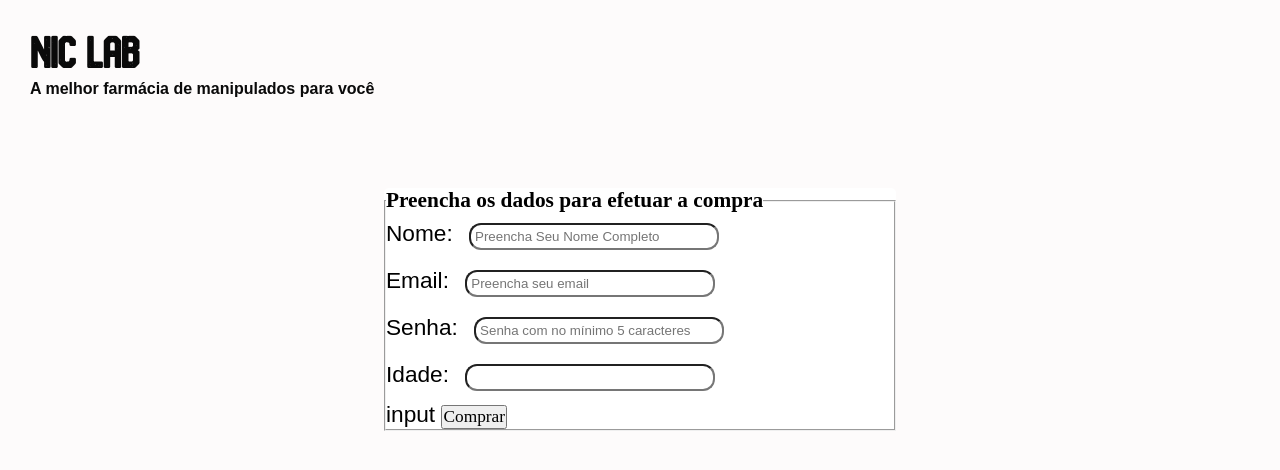
Repository: Leonngc/Lab
Page: comprar.html
An editor plug-in stored every save of this project. The page is shown before and after the next save, followed by the edit.
The browser window is 1280 px wide. The pictures show the whole page.

Above is the page before, as saved 2022-12-30 12:34:48.

### comprar.html
<!DOCTYPE html>
<html lang="en">
<head>
    <meta charset="UTF-8">
    <meta http-equiv="X-UA-Compatible" content="IE=edge">
    <meta name="viewport" content="width=device-width, initial-scale=1.0">
    <title>Nic Lab</title>
    <link rel="stylesheet" href="styles/pag-compra.css">
</head>
<body>
    <header id="tit">
        <h1 id="main">NIC LAB</h1>
        <h4 id="sub">A melhor farmácia de manipulados para você</h4>
    </header>
 <div id="formu">

     <form>
         <fieldset>
            <legend><h4>Preencha os dados para efetuar a compra</h4></legend>
            <label for="nome">Nome: </label> <input id="nome" type="text" class="dados" required autocomplete="name" minlength="3" placeholder="Preencha seu nome completo"> <br>
            <label for="email">Email</label>: <input type="email" name="" id="email" class="dados" required autocomplete="email" placeholder="Preencha seu email"> <br>
            <label for="senha">Senha:</label> <input type="password" name="" id="senha" class="dados" required placeholder="Senha com no mínimo 5 caracteres"minlength="5" maxlength="10"> <br>
            <label for="idade">Idade:</label> <input type="number" name="idade" id="idade" class="dados" required maxlength="2"> <br>

            input

            <input type="submit" value="Comprar" id="compra" onclick="comprar()">
         </fieldset>

     </form>
 </div>
<script src="compra.js"></script>
</body>
</html>

### styles/pag-compra.css
@font-face {
    font-family: Safety;
    src: url(../fonts/No\ Safety\ Zone.ttf);
}

*{
    margin: 0;
    padding: 0;
    box-sizing: border-box;
}

header#tit{
    margin-left: 30px;
    margin-top: 30px;
    color: #0a0a0a;


}
h1{
    font-family: Safety;
    font-size: 32pt ;
}
h4#sub{
    font-family:Arial, Helvetica, sans-serif;
    font-size: 12pt;
}
h2#tit2{
    text-align: center;
    font-family: cursive;
}
body{
    background-color: #fdfbfb;
}

div#formu{
    background-color: #ffffff;
    font-size: 17pt;
    font-family: Arial, Helvetica, sans-serif;
    text-align: justify;
    margin: auto;
    margin-top: 90px;
    width: 40%;
    border-radius: 5px;

}
legend{
    font-size: 16pt;
    font-family: cursive;
}
input#compra{
    font-family: fantasy;
    font-size: 13pt;
}
input#nome{
    text-transform: capitalize;
}

.dados{
    border-radius: 12px;
    width: 250px;
    padding: 4px;
    margin: 10px;
}

### js/compra.js
function comprar(){
    let nome = document.getElementById('nome').value
    let idade = document.getElementById('idade').value
   if(idade < 18){
    alert('Infelizmente você não pode efetuar sua compra, pois você é menor de idade!')
   }else{
    window.location.href = "confirm.html"
    let res = document.getElementById('res')
    res.innerHTML = `${nome}, sua compra foi confirmada. agradecemos por confiar na <strong>Nic Lab</strong>`
}
}

After the next save:
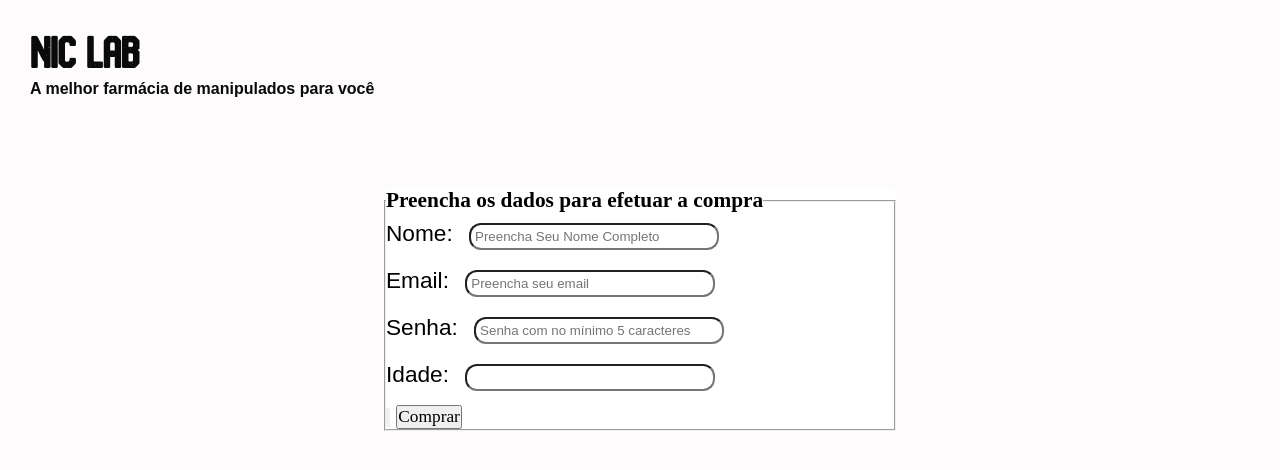
Saved 5 s later.
--- a/comprar.html
+++ b/comprar.html
@@ -22,7 +22,7 @@
             <label for="senha">Senha:</label> <input type="password" name="" id="senha" class="dados" required placeholder="Senha com no mínimo 5 caracteres"minlength="5" maxlength="10"> <br>
             <label for="idade">Idade:</label> <input type="number" name="idade" id="idade" class="dados" required maxlength="2"> <br>
 
-            input
+            <input type="submit" value="">
 
             <input type="submit" value="Comprar" id="compra" onclick="comprar()">
          </fieldset>
